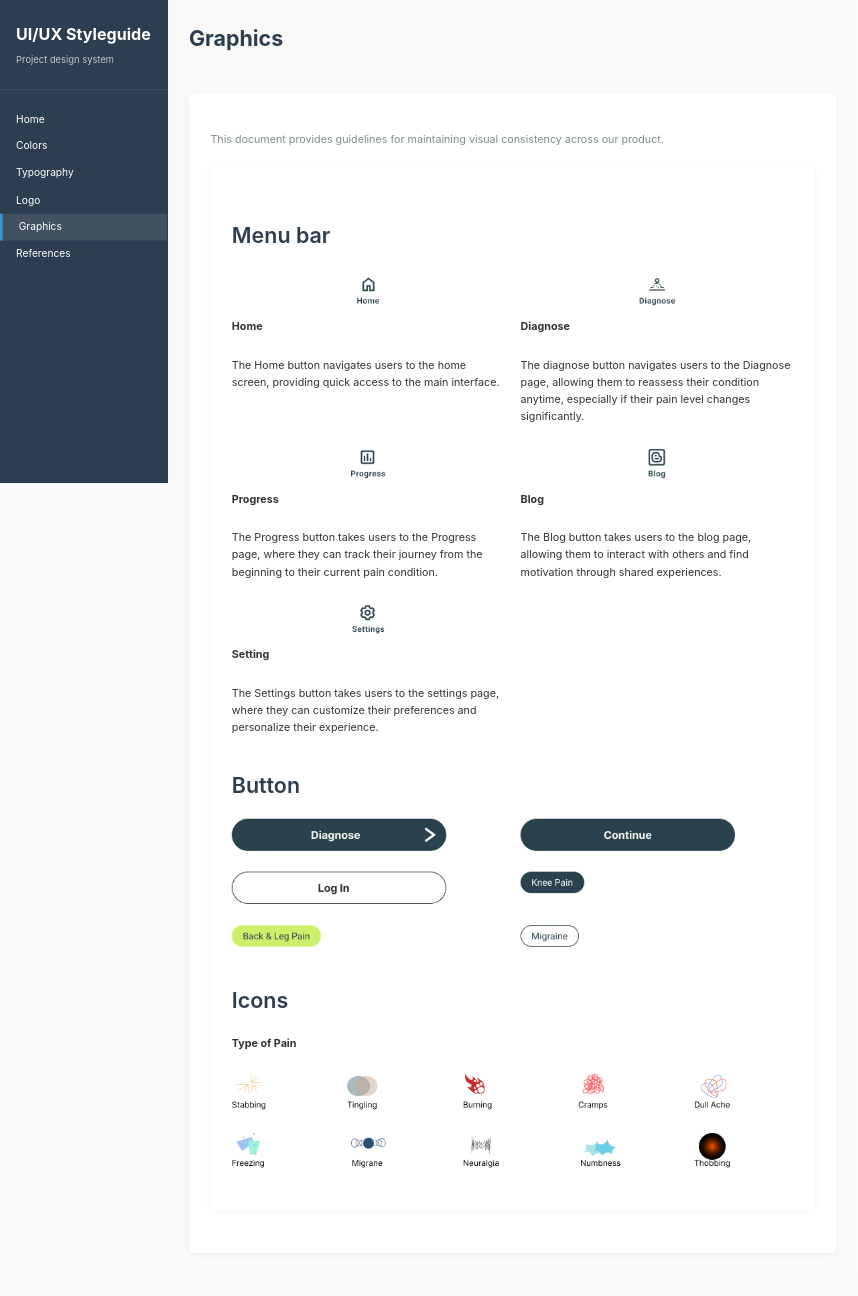
Repository: rosielee09/Heal_U
Page: graphics.html
The author's editor kept a copy of each file at every save. The page is drawn from the files as they stood at one save, then again after the next save.
The browser window is 1280 px wide. The pictures show the whole page, at 67% of full size.

Above is the page before, as saved 2025-04-03 21:40:25.

### graphics.html
<!DOCTYPE html>
<html lang="en">
<head>
    <meta charset="UTF-8">
    <meta name="viewport" content="width=device-width, initial-scale=1.0">
    <link rel="stylesheet" href="styles.css">
    <title>Heal_U Styleguide</title>
</head>
<body>
    <div class="container">
        <!-- Sidebar Navigation -->
        <div class="sidebar">
            <div class="sidebar-header">
                <h1>UI/UX Styleguide</h1>
                <p>Project design system</p>
            </div>
            <ul class="nav">
                <li ><a href="index.html">Home</a></li>
                <li><a href="colors.html">Colors</a></li>
                <li><a href="typography.html">Typography</a></li>
                <li><a href="logo.html">Logo</a></li>
                <li class="active"><a href="graphics.html">Graphics</a></li>
                <li><a href="references.html">References</a></li>
            </ul>
        </div>

        <!-- Main Content - Home Page -->

        <div class="content">
            <header class="page-header">
                <h2>Graphics</h2>
            </header>

            <div class="component">
                <div class="component-header">
                  <p class="component-description">This document provides guidelines for maintaining visual consistency across our product.</p>
                </div>
           <!-- SECTION 1: menu bar -->
           <div class="component">
            <div class="component-header">

                <section class="component-section">
                    <h3 class="component-title">Menu bar</h3>
                    <div class="graphic-grid">
                        <!-- home -->
                        <div class="graphic-item">
                            <img class="graphic-menu__icon" src="/img/graphic-menu/home.png" alt="home">
                            <div class="graphic-info">
                                <h4 class="graphic-title">Home</h4>
                                <div>The Home button navigates users to the home screen, providing quick access to the main interface.</div>
                            </div>
                        </div>
                        <!-- diagnose -->
                        <div class="graphic-item">
                            <img class="graphic-menu__icon" src="/img/graphic-menu/diagnose.png" alt="diagnose">
                            <div class="graphic-info">
                                <h4 class="graphic-title">Diagnose </h4>
                                <div>The diagnose button navigates users to the Diagnose page, allowing them to reassess their condition anytime, especially if their pain level changes significantly.</div>
                            </div>
                        </div>
                        <!-- Progress -->
                        <div class="graphic-item">
                            <img class="graphic-menu__icon" src="/img/graphic-menu/progress.png" alt="Progress">
                            <div class="graphic-info">
                                <h4 class="graphic-title">Progress </h4>
                                <div>
                                    The Progress button takes users to the Progress page, where they can track their journey from the beginning to their current pain condition.</div>
                            </div>
                        </div>

                        <!-- blog -->
                        <div class="graphic-item">
                            <img class="graphic-menu__icon" src="/img/graphic-menu/blog.png" alt="blog">
                            <div class="graphic-info">
                                <h4 class="graphic-title">Blog </h4>
                                <div>The Blog button takes users to the blog page, allowing them to interact with others and find motivation through shared experiences.</div>
                        </div>
                        </div>

                        <!-- Setting -->
                        <div class="graphic-item">
                            <img class="graphic-menu__icon" src="/img/graphic-menu/setting.png" alt="Setting">
                            <div class="graphic-info">
                                <h4 class="graphic-title">Setting </h4>
                                <div>The Settings button takes users to the settings page, where they can customize their preferences and personalize their experience.</div>

                    </div>
                </div>
            </div>

<!-- button section -->
                <section class="component-section">
                    <h3 class="component-title">Button </h3>

                    <div class="graphic-grid">
                          <!-- fill button -->
                        <div class="graphic-item">
                            <img class="graphic-button__icon" src="/img/Appovation - buttons/Button-fill-withIcon.png" alt="fill-icon">
                        </div>
                        <div class="graphic-item">
                            <img class="graphic-button__icon" src="/img/Appovation - buttons/Button-fill.jpg" alt="fill">
                        </div>
                        <div class="graphic-item">
                            <img class="graphic-button__icon" src="/img/Appovation - buttons/Button-outline.jpg" alt="outline">
                        </div>
                        <div class="graphic-item">
                            <img class="graphic-button__icon" src="/img/Appovation - buttons/chips-fill.png" alt="chips">
                        </div>
                        <div class="graphic-item">
                            <img class="graphic-button__icon" src="/img/Appovation - buttons/chips-highlighted.png" alt="chips-highlighted">
                        </div>
                        <div class="graphic-item">
                            <img class="graphic-button__icon" src="/img/Appovation - buttons/chips-outlined.png" alt="chips-outlined">
                        </div>
                </div>
            </section>

            <section class="component-section">
                <h3 class="component-title">Icons </h3>
                <h4 class="graphic-title">Type of Pain</h4>
                <div class="graphic-grid__icons">

                    <div class="graphic-item">
                        <img class="graphic-icons" src="/img/Appovation - icons/Icon-stabbing.png" alt="pain_type_icon">
                    </div>
                    <div class="graphic-item">
                        <img class="graphic-icons" src="/img/Appovation - icons/Icon-tingling.png" alt="pain_type_icon">
                    </div>
                    <div class="graphic-item">
                        <img class="graphic-icons" src="/img/Appovation - icons/Icon_Burning.png" alt="pain_type_icon">
                    </div>
                    <div class="graphic-item">
                        <img class="graphic-icons" src="/img/Appovation - icons/Icon_Cramps.png" alt="pain_type_icon">
                    </div>
                    <div class="graphic-item">
                        <img class="graphic-icons" src="/img/Appovation - icons/Icon_dull ache.png" alt="pain_type_icon">
                    </div>
                    <div class="graphic-item">
                        <img class="graphic-icons" src="/img/Appovation - icons/Icon_freezing.png" alt="pain_type_icon">
                    </div>
                    <div class="graphic-item">
                        <img class="graphic-icons" src="/img/Appovation - icons/Icon_Migrane.png" alt="pain_type_icon">
                    </div>
                    <div class="graphic-item">
                        <img class="graphic-icons" src="/img/Appovation - icons/Icon_neuralgia.png" alt="pain_type_icon">
                    </div>
                    <div class="graphic-item">
                        <img class="graphic-icons" src="/img/Appovation - icons/Icon_numbness.png" alt="pain_type_icon">
                    </div>
                    <div class="graphic-item">
                        <img class="graphic-icons" src="/img/Appovation - icons/Icon_thobbing.png" alt="pain_type_icon">
                    </div>

            </div>
        </section>


</body>
<script src="script.js"></script>
</html>

### styles.css
* {
    margin: 0;
    padding: 0;
    box-sizing: border-box;
}

body {
    font-family: 'Inter', -apple-system, BlinkMacSystemFont, 'Segoe UI', Roboto, Oxygen, Ubuntu, Cantarell, sans-serif;
    line-height: 1.6;
    color: #333;
    background-color: #f9f9f9;
}

/* Layout */
.container {
    display: flex;
    min-height: 100vh;
}

/* Sidebar Navigation */
.sidebar {
    width: 250px;
    background-color: #2c3e50;
    color: #fff;
    padding: 2rem 0;
    position: fixed;
    height: 100vh;
    overflow-y: auto;
}

.sidebar-header {
    padding: 0 1.5rem 2rem;
    border-bottom: 1px solid rgba(255, 255, 255, 0.1);
}

.sidebar-header h1 {
    font-size: 1.5rem;
    font-weight: 700;
    margin-bottom: 0.5rem;
}

.sidebar-header p {
    font-size: 0.875rem;
    opacity: 0.7;
}

.nav {
    list-style: none;
    padding: 1.5rem 0;
}

.nav li {
    padding: 0.5rem 1.5rem;
}

.nav li.active {
    background-color: rgba(255, 255, 255, 0.1);
    border-left: 4px solid #3498db;
}

.nav a {
    color: #fff;
    text-decoration: none;
    display: block;
    font-size: 0.95rem;
    transition: all 0.2s;
}

.nav a:hover {
    opacity: 0.8;
}

/* Main Content */
.content {
    flex: 1;
    padding: 2rem;
    margin-left: 250px;
    max-width: calc(100% - 250px);
}

.page-header {
    margin-bottom: 2rem;
    padding-bottom: 1rem;
    border-bottom: 1px solid #eee;
}

.page-header h2 {
    font-size: 2rem;
    font-weight: 700;
    color: #2c3e50;
    margin-bottom: 0.5rem;
}

.page-header p {
    color: #7f8c8d;
    font-size: 1.1rem;
}

/* Components Common Styles */
.component {
    background-color: #fff;
    border-radius: 8px;
    box-shadow: 0 2px 10px rgba(0, 0, 0, 0.05);
    padding: 2rem;
    margin-bottom: 2rem;
}

.component-section{
    margin-top: 3rem;
}

.component-header {
    margin-top: 1.5rem;
    margin-bottom: 1.5rem;
}

.component-title {
    font-size: 2rem;
    font-weight: 600;
    margin-top: 1.5rem;
    margin-bottom: 1.5rem;
    color: #2c3e50;
}

.component-description {
    color: #7f8c8d;
}


    /* Color Styles */
.color-grid {
    display: grid;
    grid-template-columns: repeat(auto-fill, minmax(300px, 1fr));
    gap: 1.5rem;
}

.color-grid__onlycolor {
    display: grid;
    grid-template-columns: repeat(auto-fill, minmax(300px, 2fr));
    gap: 1.5rem;
    align-items: center;
}

.color-grid__Accessiblilliy {
    display: grid;
    grid-template-columns: repeat(auto-fit, minmax(clamp(300px, 50%, 400px), 1fr));
    gap: 1.5rem;
}

.color-item {
    border-radius: 6px;
    overflow: hidden;
    box-shadow: 0 2px 5px rgba(0, 0, 0, 0.1);
}

.color-preview {
    height: 120px;
}

.color-info {
    padding: 1rem;
    background-color: #fff;
}

.color-name {
    font-weight: 600;
    margin-bottom: 0.25rem;
}

.color-value {
    font-family: monospace;
    color: #7f8c8d;
    font-size: 0.85rem;
}

.color__primary--preview{
    background-color: #29424D;
}

.color__secondary--preview{
    background-color: #CFC4F4;
}

.color__tertiary--preview {
    background-color: #F8F3EC;
}

.color__accent--preview{
    background-color: #CDF06B;
}

.color__success--preview{
    background-color: #138636;
}

.color__error--preview{
    background-color: #C32D2D;
}

.color__warning--preview{
    background-color: #FFBD11;
}

.color__info--preview{
    background-color: #4976BA;
}

.color__background--preview{
    background-color: #fff;
}

.color__text--preview{
    background-color: #2E2E30;
}

.color-accessiblillity-img {
    width: 100%;
    height: 70%;
}

.color-example-img{
    align-items: center;
}


/* Graphics */
.graphic-grid {
    display: grid;
    grid-template-columns: repeat(auto-fill, minmax(300px, 2fr));
    gap: 1.5rem;

}

/* section__icons */
.graphic-grid__icons{
    display: grid;
    grid-template-columns: repeat(5, 1fr);
    gap: 1.5rem;
}

.graphic-item{
   justify-items: center;
}

.graphic-menu__icon{
    margin: 10px;
}
.graphic-title{
    margin-bottom: 2rem;
}

/* Typography */

/* Import Roboto font with multiple weights */
@import url('https://fonts.googleapis.com/css2?family=Roboto:wght@400;500;700&display=swap');


/* Table styling */
table {
  width: 100%;
  border-collapse: collapse;
  font-family: 'Roboto', sans-serif;
  margin: 2rem 0;
}

th {
  background-color: #f8f9fa;
  color: #212529;
  padding: 12px 16px;
  text-align: left;
  font-weight: 500;
  border-bottom: 2px solid #dee2e6;

}

td {
  padding: 16px;
  border-bottom: 1px solid #e9ecef;
  vertical-align: top;
}

/* Remove default list styling */
td li {
  list-style: none;
  margin: 4px 0;
  padding-left: 0;
}



.content-image {
  margin: auto;
  display: block;
  padding: 1rem;
}

.center {
  text-align: center;
}



.typography-item {
    margin-bottom: 2rem;
}


.heading1 {
  font-family: 'Roboto', sans-serif;
  font-size: 40px;
  line-height: 48px;
  font-weight: 700;
  color: #212529;

}

.heading2 {
  font-family: 'Roboto', sans-serif;
  font-size: 32px;
  line-height: 40px;
  font-weight: 700;
  color: #212529;
}

.section-header {
  font-family: 'Roboto', sans-serif;
  font-size: 24px;
  line-height: 32px;
  font-weight: 700;
  color: #212529;
}

.sub-header {
  font-family: 'Roboto', sans-serif;
  font-size: 20px;
  line-height: 28px;
  font-weight: 700;
  color: #212529;
}

.body-bold {
  font-family: 'Roboto', sans-serif;
  font-size: 16px;
  line-height: 24px;
  font-weight: 700;
  color: #212529;
}


.body {
  font-family: 'Roboto', sans-serif;
  font-size: 16px;
  line-height: 24px;
  font-weight: 400;
  color: #212529;
}

.small {
  font-family: 'Roboto', sans-serif;
  font-size: 14px;
  line-height: 20px;
  font-weight: 400;
  color: #212529;
}

.small-italic {
  font-family: 'Roboto', sans-serif;
  font-style: italic;
  font-size: 14px;
  line-height: 20px;
  font-weight: 400;
  color: #212529;
}

.tiny-bold {
  font-family: 'Roboto', sans-serif;
  font-size: 12px;
  line-height: 18px;
  font-weight: 700;
  color: #212529;
}

.tiny {
  font-family: 'Roboto', sans-serif;
  font-size: 12px;
  line-height: 18px;
  font-weight: 400;
  color: #212529;
}

.mini {
  font-family: 'Roboto', sans-serif;
  font-size: 8px;
  line-height: 12px;
  font-weight: 400;
  color: #212529;
  letter-spacing: 0.5px;
}

/* Add zebra striping for better readability */
tbody tr:nth-child(odd) {
  background-color: #f8f9fa;
}

Loaded but not shown: script.js (no stored copy; drawn as an empty file)

After the next save:
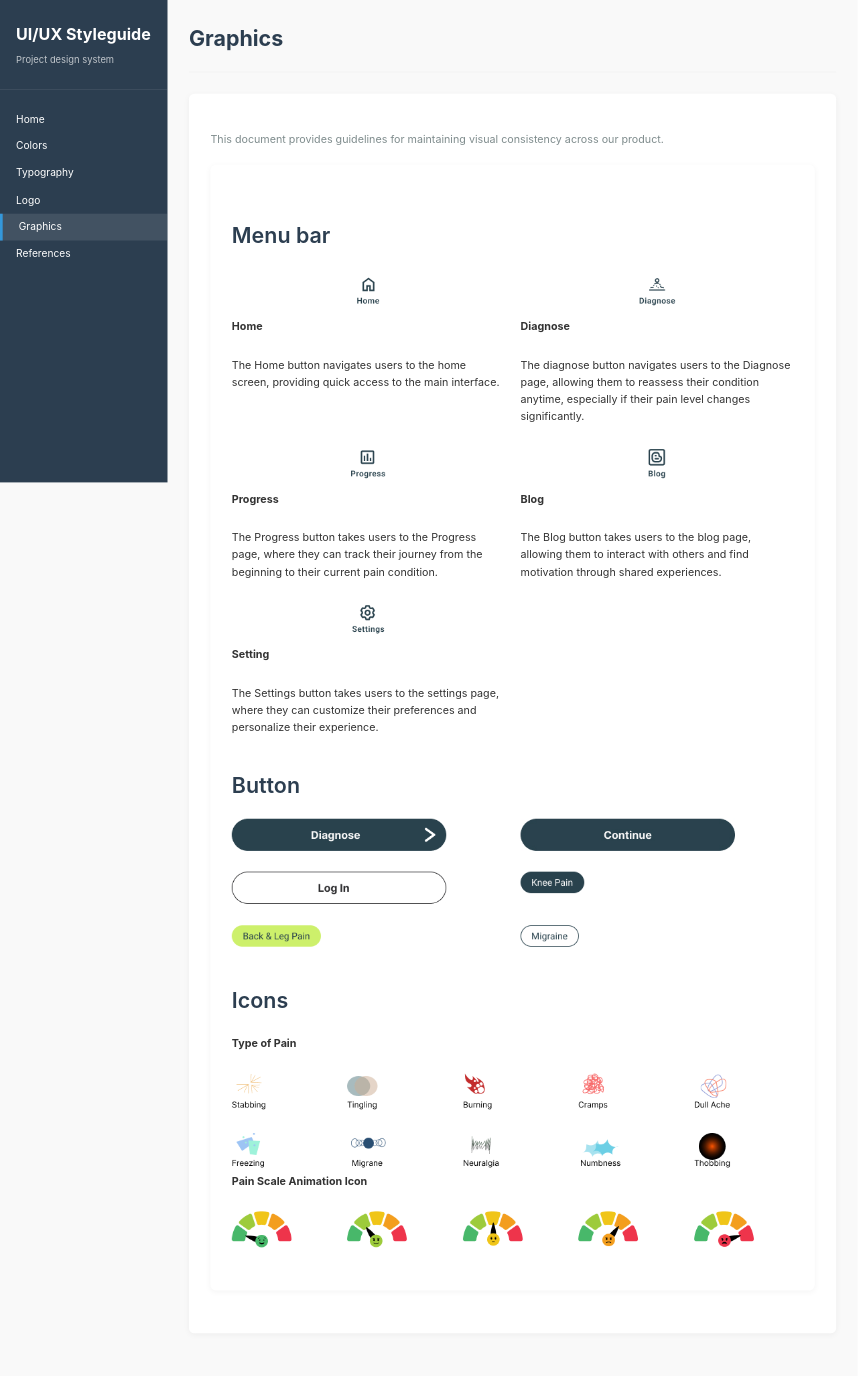
Saved 2 min 18 s later.
--- a/graphics.html
+++ b/graphics.html
@@ -151,6 +151,29 @@
                         <img class="graphic-icons" src="/img/Appovation - icons/Icon_thobbing.png" alt="pain_type_icon">
                     </div>
 
+                </div>
+
+
+                <h4 class="graphic-title">Pain Scale Animation Icon</h4>
+                <div class="graphic-grid__icons">
+
+                    <div class="graphic-item">
+                        <img class="graphic-icons" src="/img/Appovation - icons/Pain_difference-slider-green.png" alt="pain_scale_icon">
+                    </div>
+                    <div class="graphic-item">
+                        <img class="graphic-icons" src="/img/Appovation - icons/Pain_difference-slider-mild.png" alt="pain_scale_icon">
+                    </div>
+                    <div class="graphic-item">
+                        <img class="graphic-icons" src="/img/Appovation - icons/Pain_difference-slider-middle.png" alt="pain_scale_icon">
+                    </div>
+                    <div class="graphic-item">
+                        <img class="graphic-icons" src="/img/Appovation - icons/Pain_difference-slider-less-severe.png" alt="pain_scale_icon">
+                    </div>
+                    <div class="graphic-item">
+                        <img class="graphic-icons" src="/img/Appovation - icons/Pain_difference-slider-severe.png" alt="pain_scale_icon">
+                    </div>
+
+
             </div>
         </section>
 
